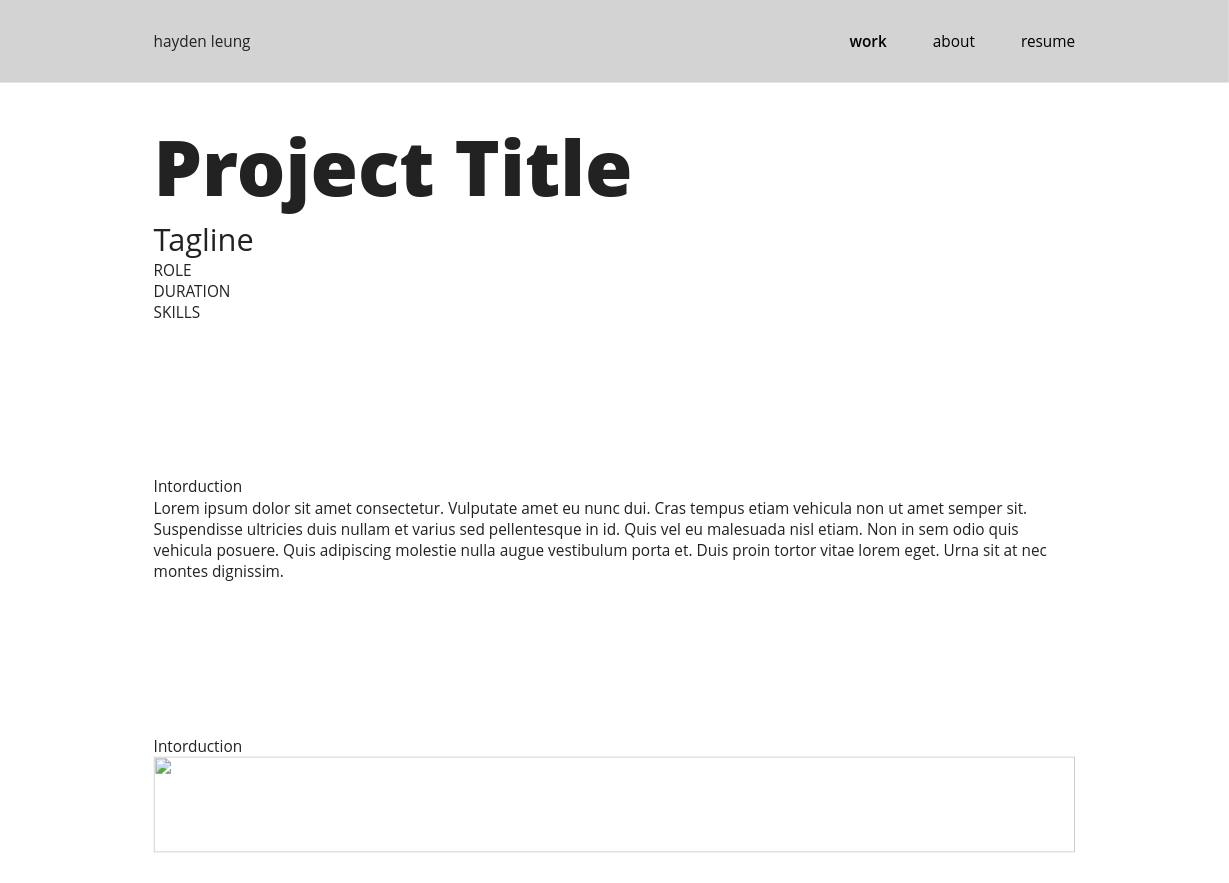
Repository: Haydenleung/Artifact
Page: /
An editor plug-in stored every save of this project. The page is shown before and after a run of saves, followed by the edit.
The browser window is 1280 px wide. The pictures show the whole page, at 96% of full size.
The project was rebuilt for these pictures with package versions that can differ from the ones it lists, and the page was loaded fresh each time. The framework's server and built-in components were replaced by stand-ins that run in the browser. Also part of the build but not shown: next.config.mjs.

Above is the page before, as saved 2024-01-29 00:01:34.

After the next 2 saves:
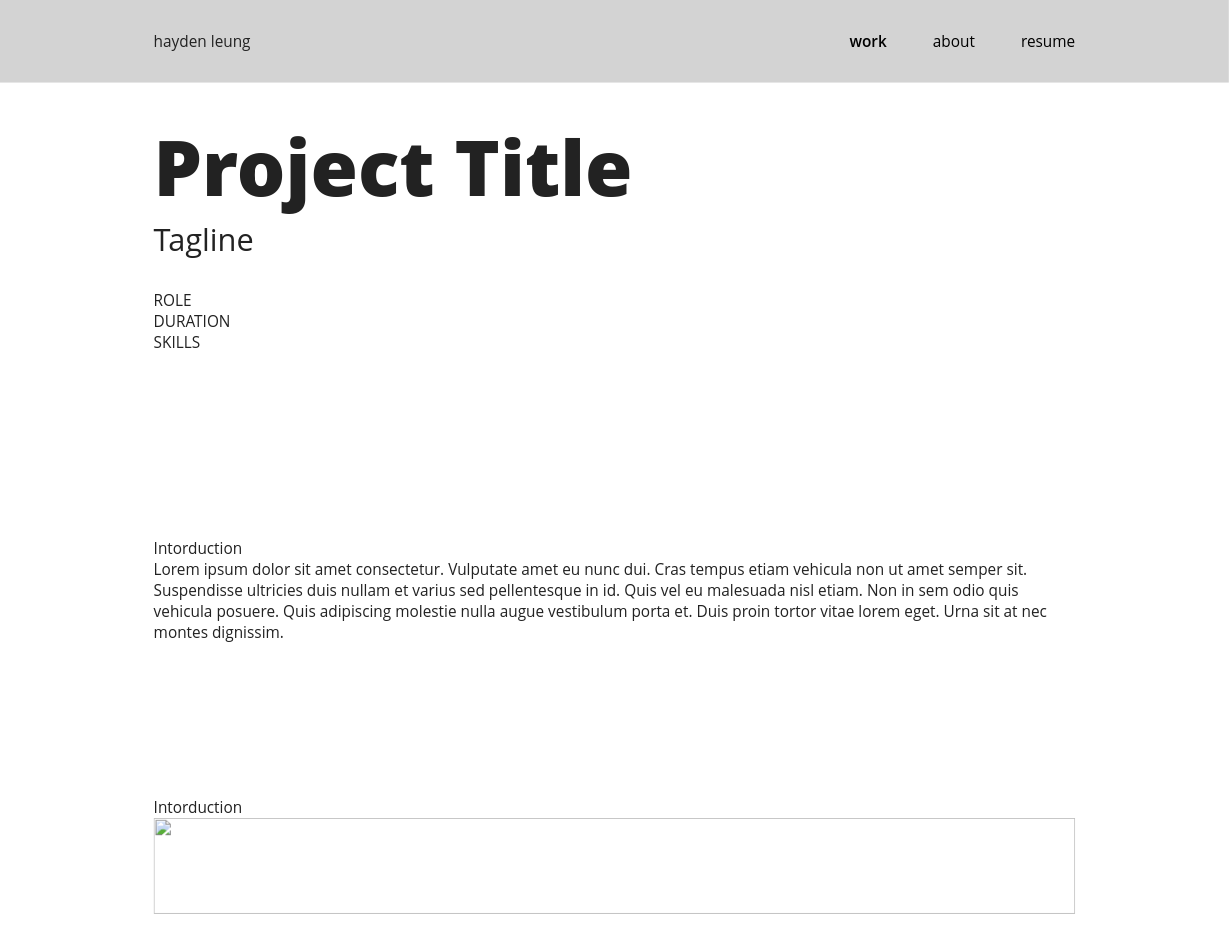
The 2 saves are shown as one change because they came seconds apart.
The last was saved 20 s later.
--- a/src/components/CaseStudy/casestudy.module.css
+++ b/src/components/CaseStudy/casestudy.module.css
@@ -12,3 +12,7 @@
     font-size: 24pt;
     font-weight: 400;
 }
+
+.projectInfo {
+    padding: 2rem 0;
+}
